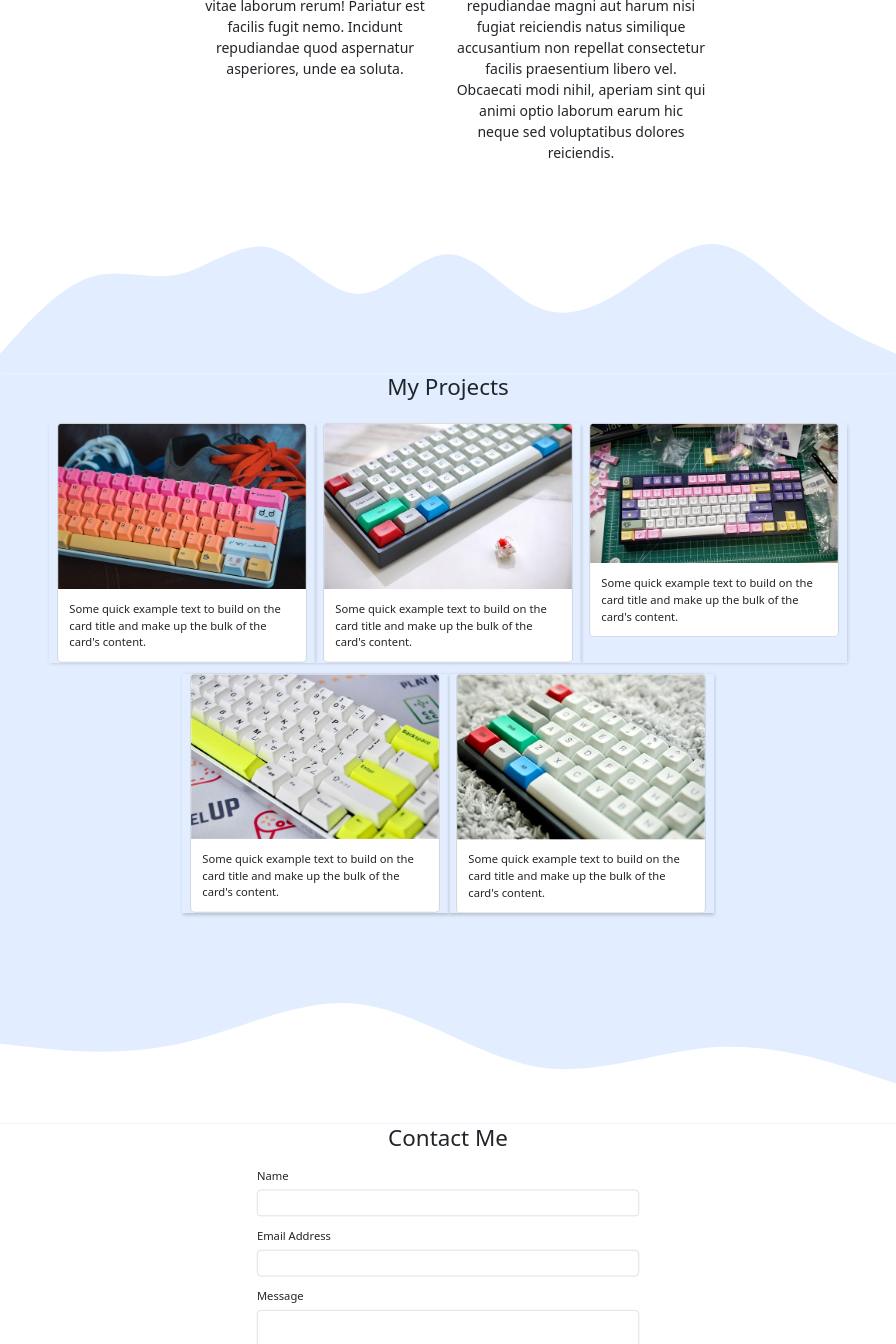
Repository: fadlyyy/fadli-dev.github.io
Page: index.html
The author's editor kept a copy of each file at every save. The page is drawn from the files as they stood at one save, then again after the next save.
The browser window is 1280 px wide. The pictures show the part of the page from y = 949 to 2869 px (the page is 3332 px tall), at 70% of full size.

Above is the page before, as saved 2024-01-19 18:17:43.

After the next save:
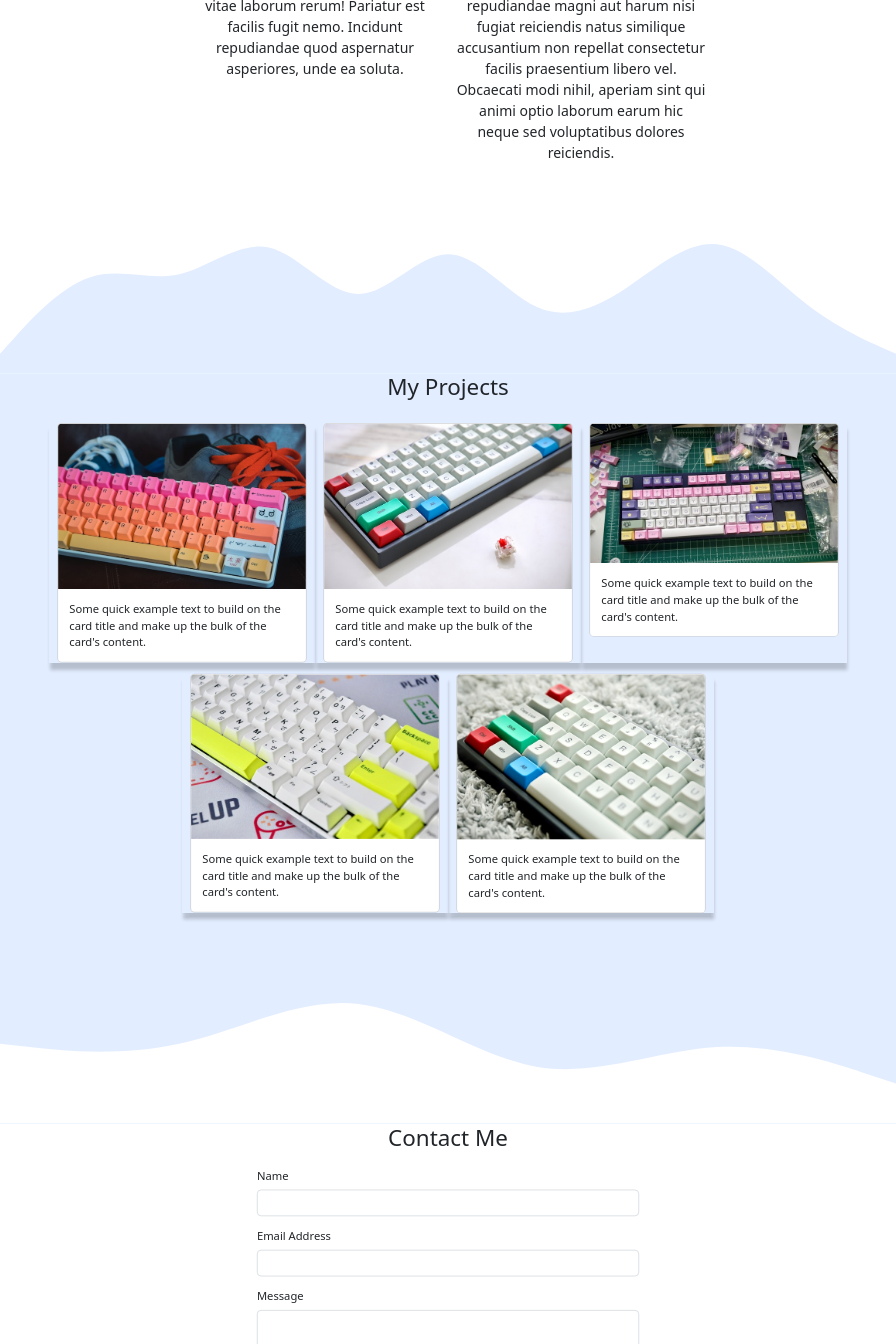
Saved 12 s later.
--- a/style.css
+++ b/style.css
@@ -9,7 +9,7 @@
 
 #projects .child {
   transition: all 0.2s ease-in-out;
-  box-shadow: 2px 2px 5px rgba(0, 0, 0, 0.2);
+  box-shadow: 2px 10px 5px rgba(0, 0, 0, 0.2);
 }
 
 #projects .child:hover {
